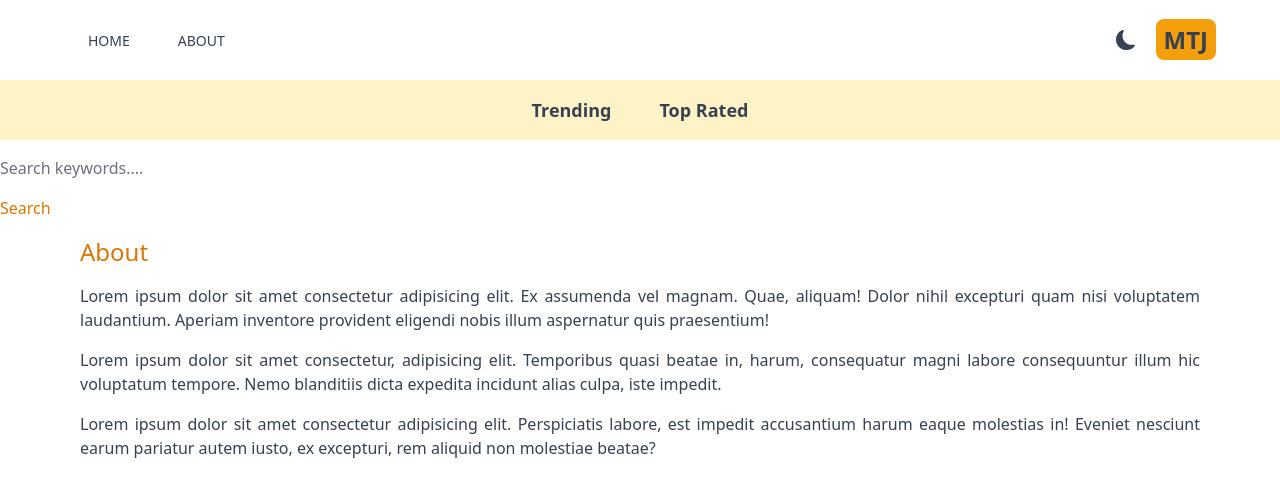
Repository: Tomiogunsan/MTJ
Page: /about
These files come from the project's save history. The page is drawn as it stood at one moment and after a run of saves; the edit follows.
The browser window is 1280 px wide. The pictures show the whole page.
The project was rebuilt for these pictures with package versions that can differ from the ones it lists, and the page was loaded fresh each time. The framework's server and built-in components were replaced by stand-ins that run in the browser. Also part of the build but not shown: next.config.js.

Above is the page before, as saved 2023-03-22 12:37:52.

After the next 4 saves:
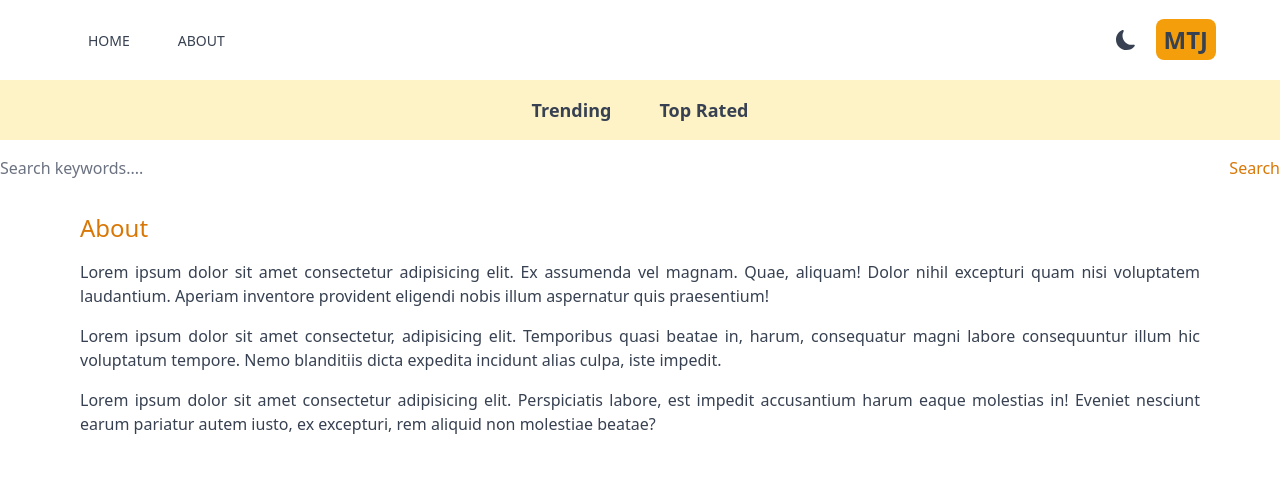
The 4 saves are shown as one change because they came seconds apart.
The last was saved 32 s later.
--- a/src/app/components/SearchBox.jsx
+++ b/src/app/components/SearchBox.jsx
@@ -2,7 +2,7 @@ import React from 'react'
 
 export default function SearchBox() {
   return (
-    <form>
+    <form className='flex '>
         <input type="text"
          placeholder='Search keywords....'
          className='w-full h-14 rounded-sm placeholder-gray-500 outline-none bg-transparent'
